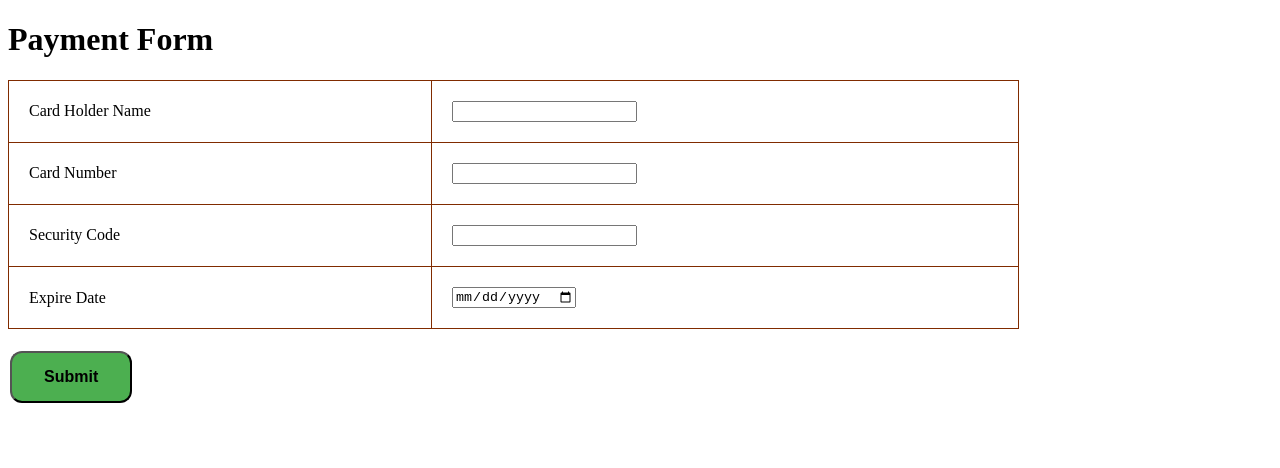
Repository: sandeepa9803/OOP---Online-Travel-web-application
Page: http://localhost/PaymentNew/paymentInfo.jsp
The author's editor kept a copy of each file at every save. The page is drawn from the files as they stood at one save, then again after the next save.
The browser window is 1280 px wide. The pictures show the whole page.
The page is served by Tomcat 9. Other server files are loaded and not shown.

Above is the page before, as saved 2021-10-11 17:20:53.

### PaymentNew/WebContent/paymentInfo.jsp


<%@ page language="java" contentType="text/html; charset=ISO-8859-1"
    pageEncoding="ISO-8859-1"%>
<!DOCTYPE html>
<html>
<head>
<style>



table, td, th {
  border: 1px solid #802b00;
  text-align: left;
}

table {
  border-collapse: collapse;
  width: 80%;
}

th, td {
  padding: 20px;
}


.button {
  background-color: #4CAF50;
  border: 1;
  color: black;
  padding: 15px 32px;
  text-align: center;
  text-decoration: none;
   font-weight: bold;
  display: inline-block;
  font-size: 16px;
  margin: 4px 2px;
  cursor: pointer;
  border-radius:12px;

  h1 {text-align: center;}
}


</style>
<meta charset="ISO-8859-1">
<title>Payment Form </title>
</head>

<body>

 <img-src="images/travel.jpg" alt="travel" >
 <h1> Payment Form</h1>

     <form action ="submit" method = "post" >
     <table>

       <tr>
       <td>Card Holder Name</td>
        <td> <input type = "text" name = "cardholder"></td>
         </tr>

         <tr>
         <td> Card Number </td>
         <td> <input type ="number" name = "cardnum"> </td>
         </tr>

         <tr>
         <td>Security Code </td>
          <td> <input type ="number" name = "cvcnum"> </td>
          </tr>

         <tr>
         <td>Expire Date </td>
         <td> <input type = "date"  name = "date"  > </td>
         </tr>

      </table>
      <br>
        <input type="submit" name="submit" value="Submit" class="button" >

       </form>
</body>
</html>

After the next save:
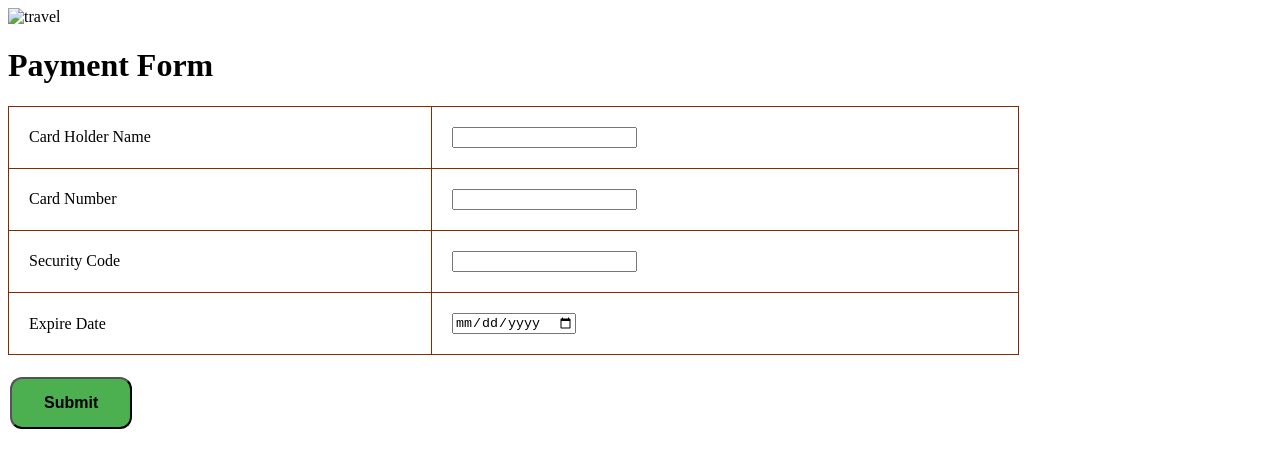
Saved 114 s later.
--- a/PaymentNew/WebContent/paymentInfo.jsp
+++ b/PaymentNew/WebContent/paymentInfo.jsp
@@ -49,7 +49,7 @@ th, td {
 
 <body>
 
- <img-src="images/travel.jpg" alt="travel" >
+ <img  class ="images/travel.jpg" alt="travel" >
  <h1> Payment Form</h1>
 
      <form action ="submit" method = "post" >
